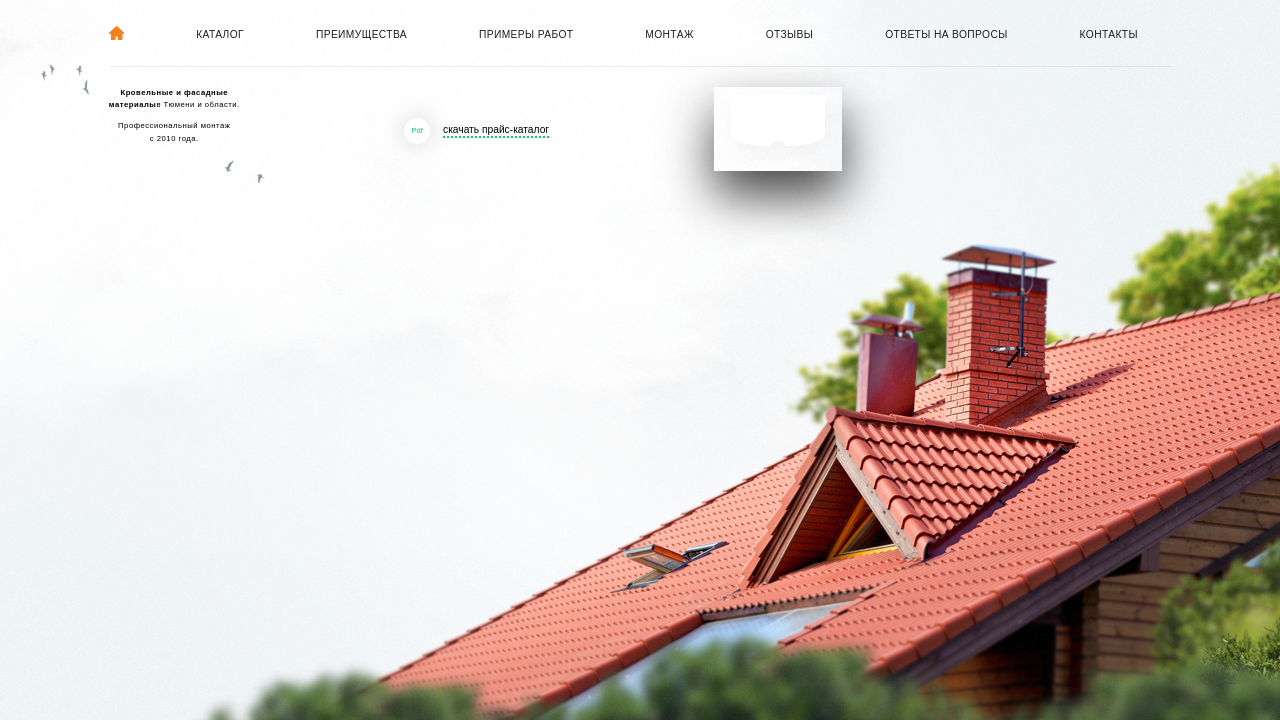
Repository: dima-hacker0/test_task_deyneka
Page: /
The author's editor kept a copy of each file at every save. The page is drawn from the files as they stood at one save, then again after the next save.
The browser window is 1280 px wide. The pictures show the whole page.
The project was rebuilt for these pictures with package versions that can differ from the ones it lists, and the page was loaded fresh each time.

Above is the page before, as saved 2022-06-22 16:27:00.

After the next save:
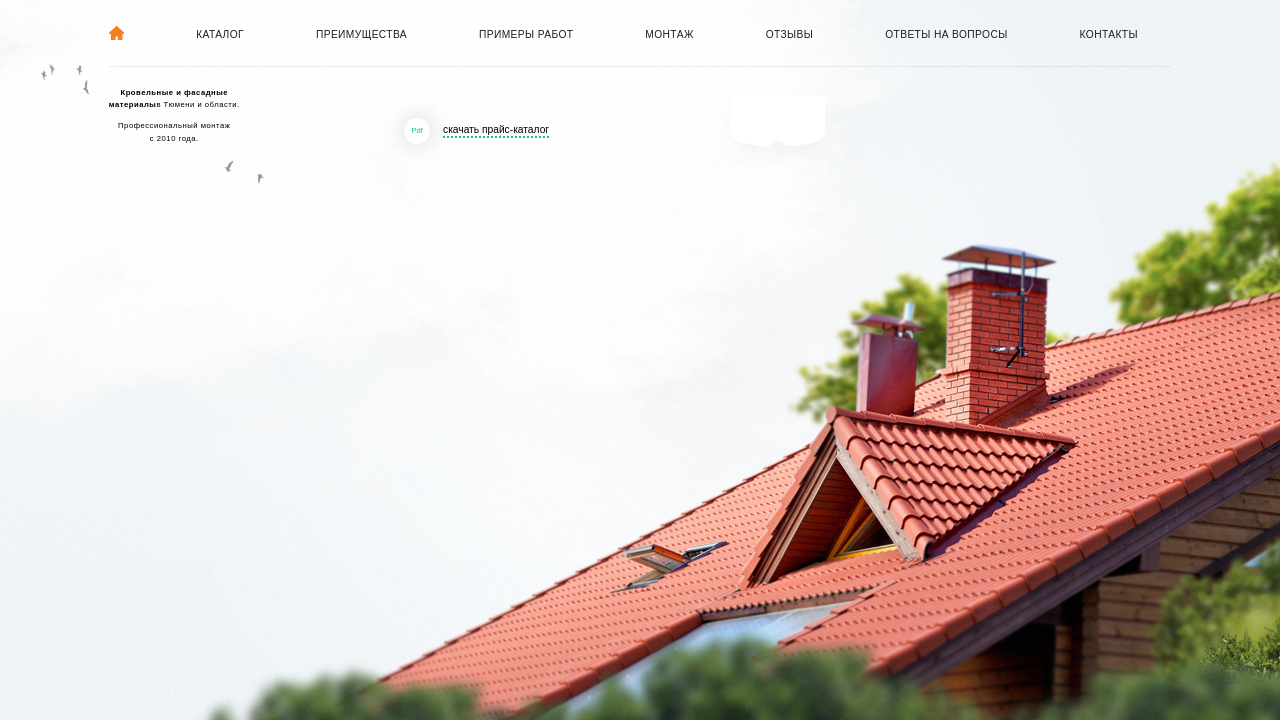
Saved 28 s later.
--- a/src/components/main_page/top_panel/top_panel.module.css
+++ b/src/components/main_page/top_panel/top_panel.module.css
@@ -5,5 +5,4 @@
 }
 .logo {
   width: 10vw;
-  box-shadow: 0px 25px 50px rgba(0, 0, 0, 0.73);
 }
